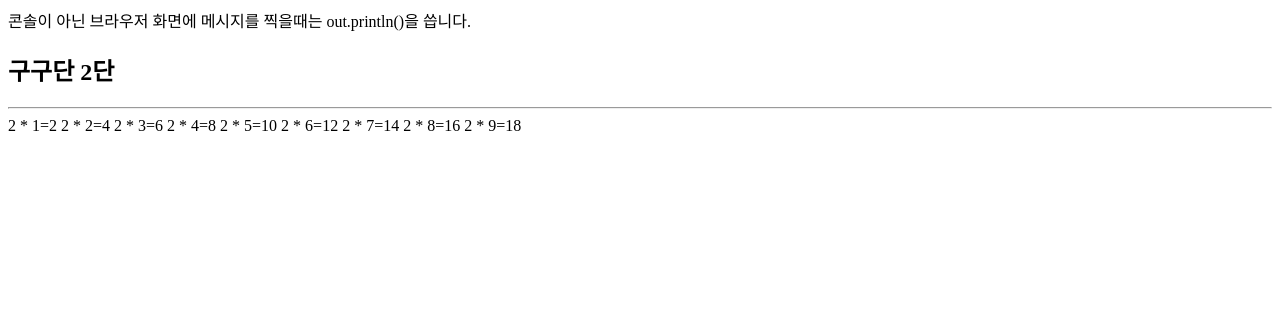
Repository: Andante8989/jsp_practice
Page: http://localhost/JSPBasic/jsptag/scriptlet.jsp
The author's editor kept a copy of each file at every save. The page is drawn from the files as they stood at one save, then again after the next save.
The browser window is 1280 px wide. The pictures show the whole page.
The page is served by Tomcat 9.

Above is the page before, as saved 2022-03-22 11:30:47.

### JSPBasic/src/main/webapp/jsptag/scriptlet.jsp
<%@ page language="java" contentType="text/html; charset=UTF-8"
    pageEncoding="UTF-8"%>
<!DOCTYPE html>
<html>
<head>
<meta charset="UTF-8">
<title>Insert title here</title>
</head>
<body>
	<% System.out.println("콘솔에 메세지를 찍을때는 System.out.println()을 씁니다.");
	out.println("콘솔이 아닌 브라우저 화면에 메시지를 찍을때는 out.println()을 씁니다.");  %>
	<h2>구구단 2단</h2><hr/>
	<%
		// 구구단 2단을 브라우저에 출력해주세요.
		for(int i = 1; i < 10; i++) {
			out.println("2 * " + i + "=" + 2 * i);
			out.println();

		}

	%>
</body>
</html>

After the next save:
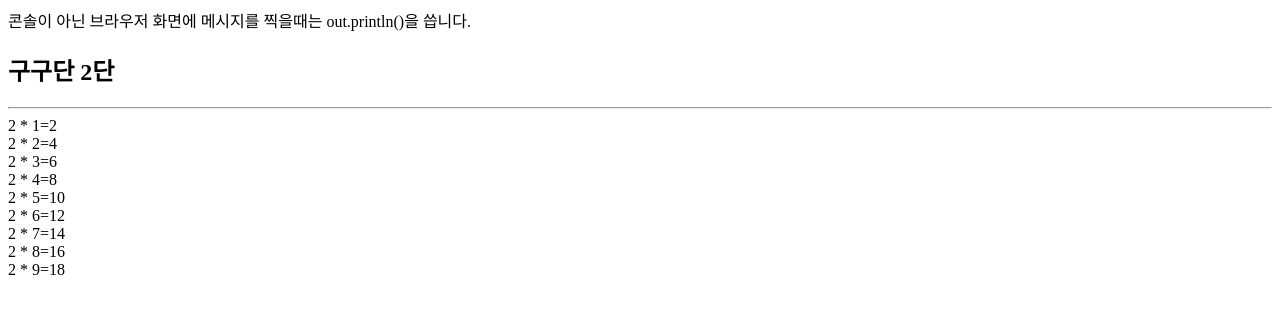
Saved 29 s later.
--- a/JSPBasic/src/main/webapp/jsptag/scriptlet.jsp
+++ b/JSPBasic/src/main/webapp/jsptag/scriptlet.jsp
@@ -13,8 +13,7 @@
 	<%
 		// 구구단 2단을 브라우저에 출력해주세요.
 		for(int i = 1; i < 10; i++) {
-			out.println("2 * " + i + "=" + 2 * i);
-			out.println();
+			out.println("2 * " + i + "=" + 2 * i + "<br/>");
 
 		}
 
